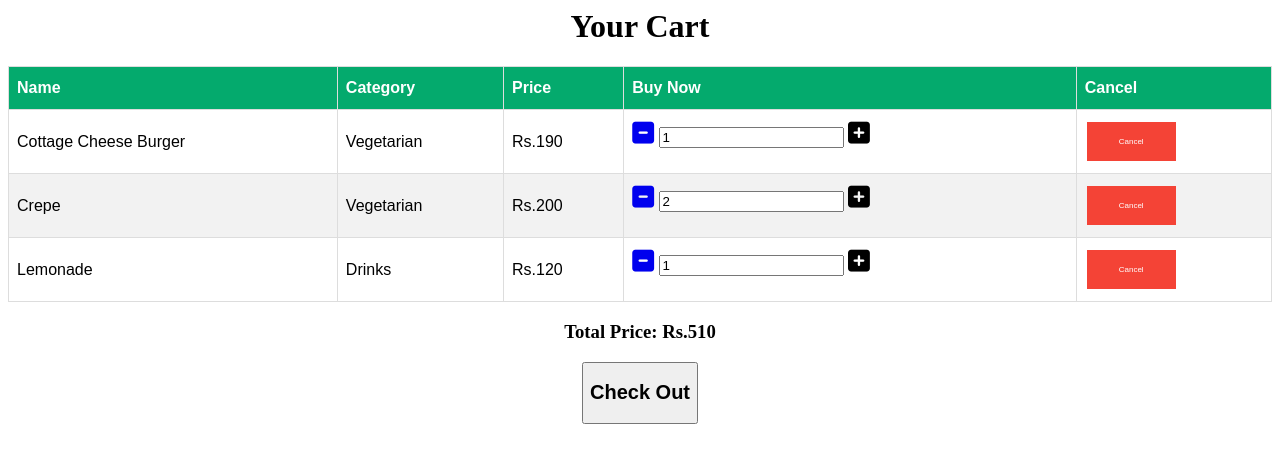
Repository: Shreya200012/FoodBox
Page: http://localhost/foodWeb/cart.jsp
An editor plug-in stored every save of this project. The page is shown before and after the next save, followed by the edit.
The browser window is 1280 px wide. The pictures show the whole page.
Some web libraries are served in a nearby version. The page is served by Tomcat 9. Other server files are loaded and not shown.

Above is the page before, as saved 2022-06-14 17:29:29.

### foodWeb/src/main/webapp/cart.jsp
<%@ page language="java" contentType="text/html; charset=ISO-8859-1"
    pageEncoding="ISO-8859-1"%>
<link rel="stylesheet" href="https://cdnjs.cloudflare.com/ajax/libs/font-awesome/6.1.1/css/all.min.css" />
<!DOCTYPE html>
<html>
<head>
<title>Cart Page</title>
<style>
#customers {
  font-family: Arial, Helvetica, sans-serif;
  border-collapse: collapse;
  width: 100%;
}

#customers td, #customers th {
  border: 1px solid #ddd;
  padding: 8px;
}

#customers tr:nth-child(even){background-color: #f2f2f2;}

#customers tr:hover {background-color: #ddd;}

#customers th {
  padding-top: 12px;
  padding-bottom: 12px;
  text-align: left;
  background-color: #04AA6D;
  color: white;
}
.button {
  background-color: #4CAF50; /* Green */
  border: none;
  color: white;
  padding: 15px 32px;
  text-align: center;
  text-decoration: none;
  display: inline-block;
  font-size: 8px;
  margin: 4px 2px;
  cursor: pointer;
}
.button3 {background-color: #f44336;} /* Red */
.btn-incre {
box-shadow:none;
font-size:25px;
}
.btn-decre{
box-shadow:none;
font-size:25px;
}

</style>
</head>
<body>
<script>
function myFunction() {
	  alert("Hello! I am an alert box!");
	}
</script>
<div class="container">
<div class="d-flex py-3">
<h1 align="center">Your Cart</h1>

<table id="customers">
<thead>
<tr>
<th scope="col">Name</th>
<th scope="col">Category</th>
<th scope="col">Price</th>
<th scope="col">Buy Now</th>
<th scope="col">Cancel</th>
</tr>
</thead>
<tbody>
<tr>
<td>Cottage Cheese Burger</td>
<td>Vegetarian</td>
<td>Rs.190</td>
<td>
<form action="" method="post" class="form-inline">
<input type="hidden" name="id" value="1" class="form-input">
<div class="form-group d-flex justify-content-between">
<a class="btn btn-sm btn-decre" href=" "><i class="fas fa-minus-square"></i></a>
<input type="text" name="quantity" class="form-control" value="1" readonly>
<a class="btn btn-sm btn-incre"><i class="fas fa-plus-square"></i></a>
</td>
<td>
<button class="button button3">Cancel</button>
</td>


</div>

</form>
</tr>
<tr>
<td>Crepe</td>
<td>Vegetarian</td>
<td>Rs.200</td>
<td>
<form action="" method="post" class="form-inline">
<input type="hidden" name="id" value="1" class="form-input">
<div class="form-group d-flex justify-content-between">
<a class="btn btn-sm btn-decre" href=" "><i class="fas fa-minus-square"></i></a>
<input type="text" name="quantity" class="form-control" value="2" readonly>
<a class="btn btn-sm btn-incre"><i class="fas fa-plus-square"></i></a>
</td>
<td>
<button class="button button3">Cancel</button>
</td>

</div>

</form>
</tr>
<tr>
<td>Lemonade</td>
<td>Drinks</td>
<td>Rs.120</td>
<td>
<form action="" method="post" class="form-inline">
<input type="hidden" name="id" value="1" class="form-input">
<div class="form-group d-flex justify-content-between">
<a class="btn btn-sm btn-decre" href=" "><i class="fas fa-minus-square"></i></a>
<input type="text" name="quantity" class="form-control" value="1" readonly>
<a class="btn btn-sm btn-incre"><i class="fas fa-plus-square"></i></a>
</td>
<td>
<button class="button button3">Cancel</button>
</td>


</div>

</form>
</tr>


</tbody>
</table>

<h3 align="center">Total Price: Rs.510</h3>

<a class="mx-3 btn btn-primary" href="#" align="center"><div class="wrapper"><button onClick="myFunction()" align="center"><h2>Check Out</h2></button></div></a>
</div>



</body>

After the next save:
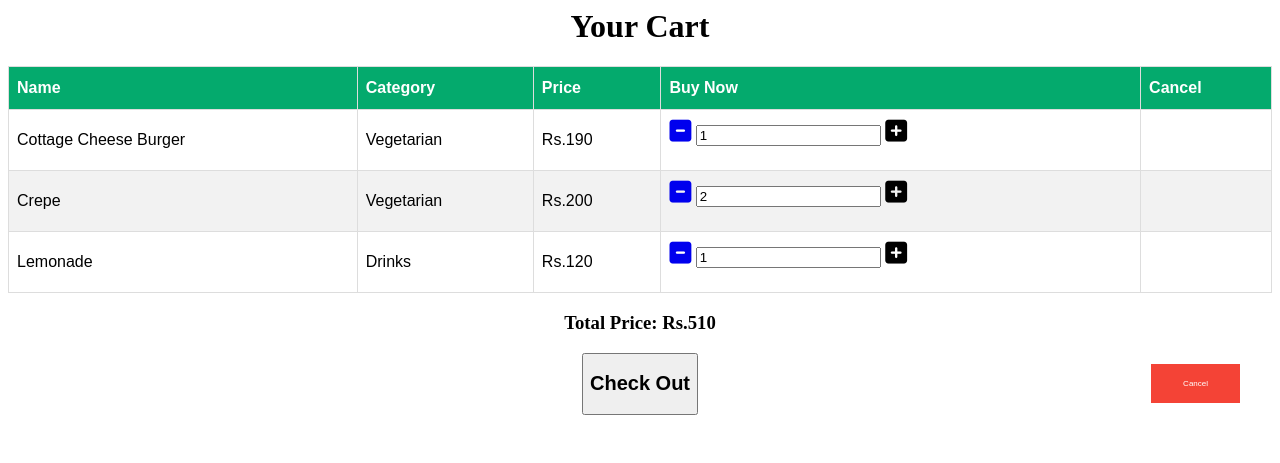
Saved 21 s later.
--- a/foodWeb/src/main/webapp/cart.jsp
+++ b/foodWeb/src/main/webapp/cart.jsp
@@ -48,6 +48,14 @@ font-size:25px;
 .btn-decre{
 box-shadow:none;
 font-size:25px;
+}
+.wrapper {
+    text-align: center;
+}
+
+.button {
+    position: absolute;
+    top: 50%;
 }
 
 </style>
